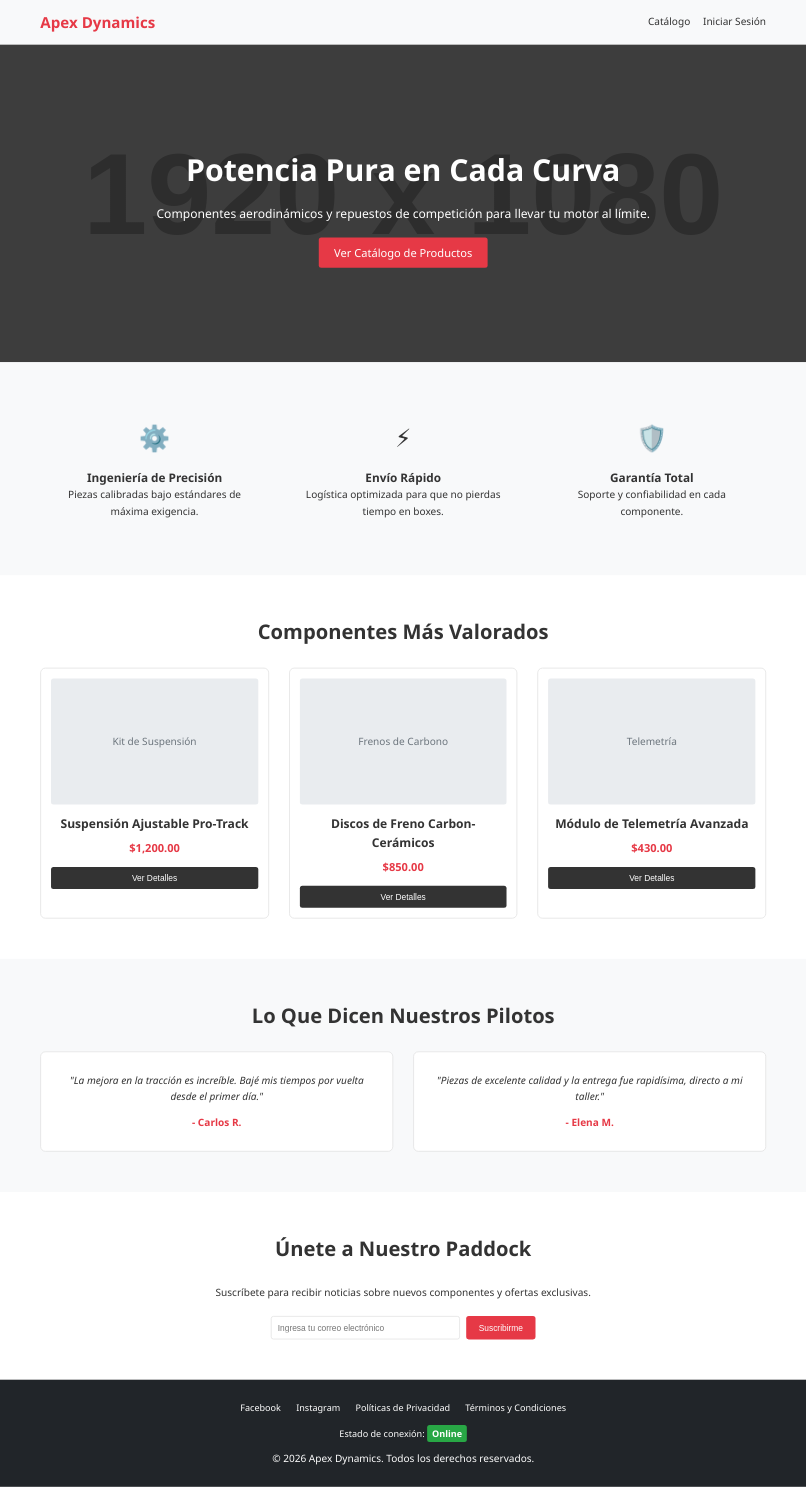
Repository: Niwrad774/Apex-Dynamics-Ecomerce
Page: html/index.html
These files come from the project's save history. The page is drawn as it stood at one moment and after a run of saves; the edit follows.
The browser window is 1280 px wide. The pictures show the whole page, at 63% of full size.

Above is the page before, as saved 2026-06-11 10:26:48.

After the next 2 saves:
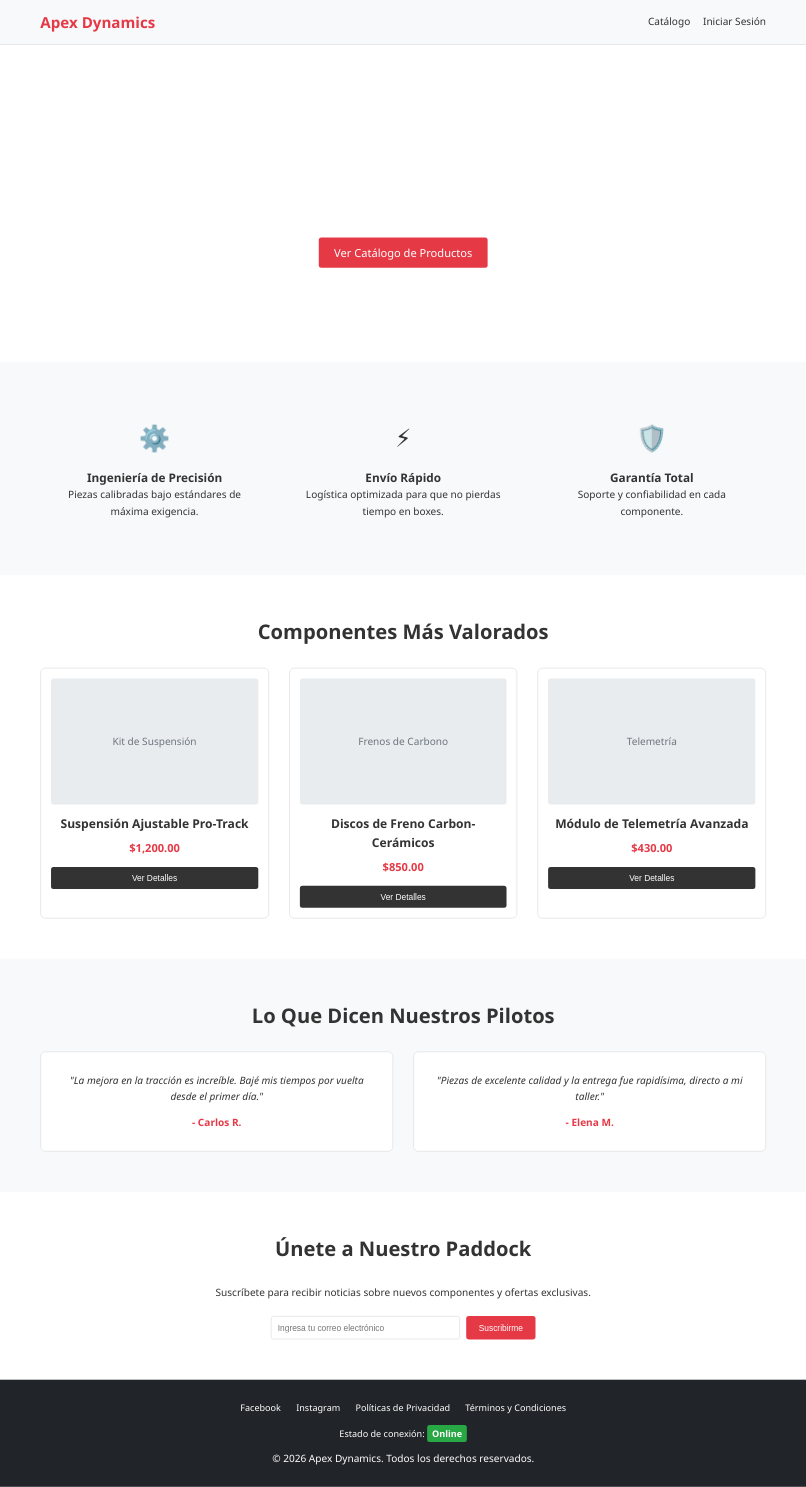
The 2 saves are shown as one change because they came seconds apart.
The last was saved 5 s later.
--- a/assets/css/index.css
+++ b/assets/css/index.css
@@ -48,7 +48,7 @@
 
 
 .hero {
-
+    background-color:
     background: linear-gradient(rgba(0, 0, 0, 0.7), rgba(0, 0, 0, 0.7)), url('https://via.placeholder.com/1920x1080?text=Auto+Deportivo') center/cover;
     color: #ffffff;
     height: 70vh;

After the 3 saves that followed:
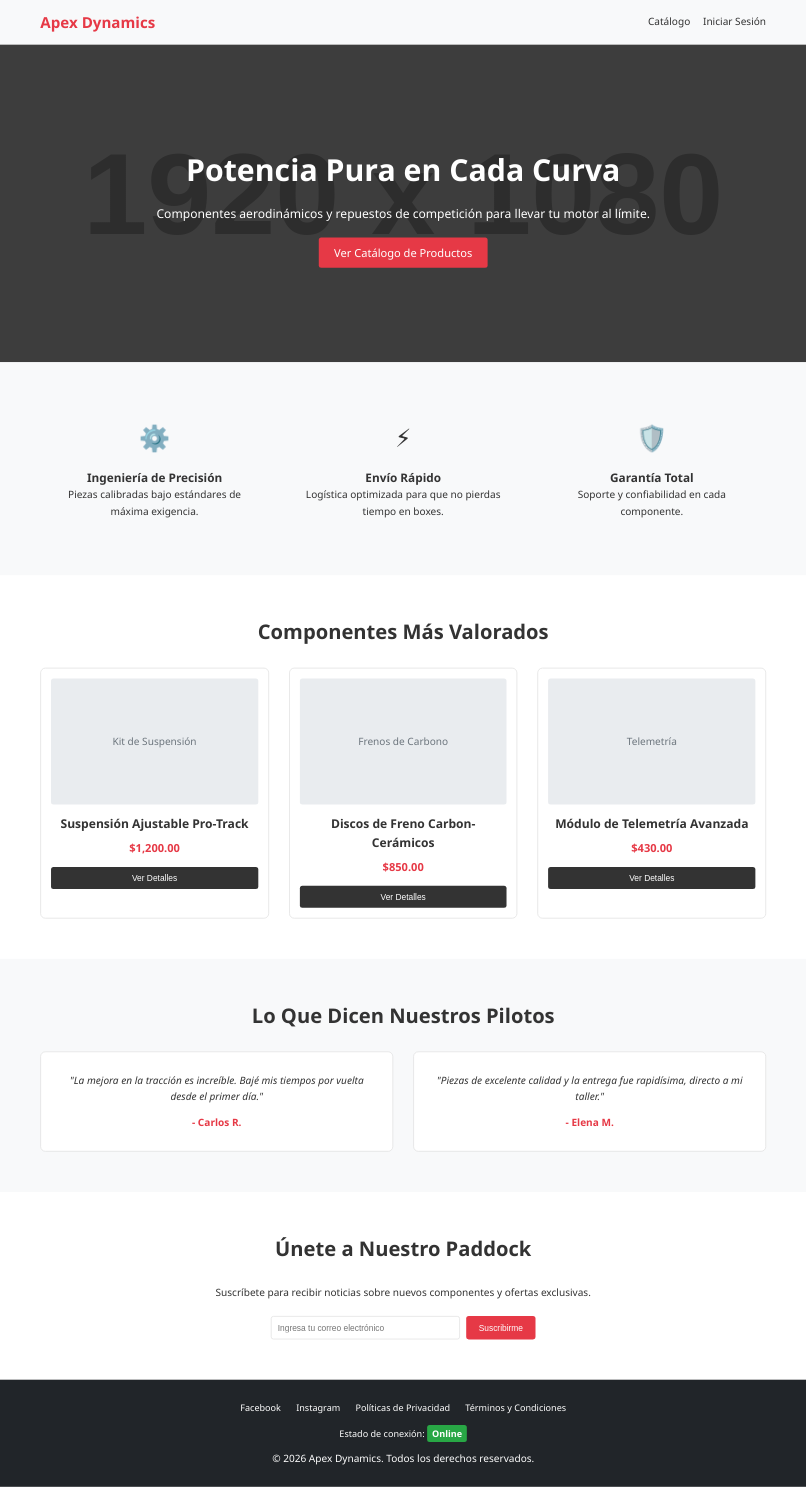
The 3 saves are shown as one change because they came seconds apart.
The last was saved 24 s later.
--- a/assets/css/index.css
+++ b/assets/css/index.css
@@ -48,7 +48,7 @@
 
 
 .hero {
-    background-color:
+    background-color: #0f172a;
     background: linear-gradient(rgba(0, 0, 0, 0.7), rgba(0, 0, 0, 0.7)), url('https://via.placeholder.com/1920x1080?text=Auto+Deportivo') center/cover;
     color: #ffffff;
     height: 70vh;
